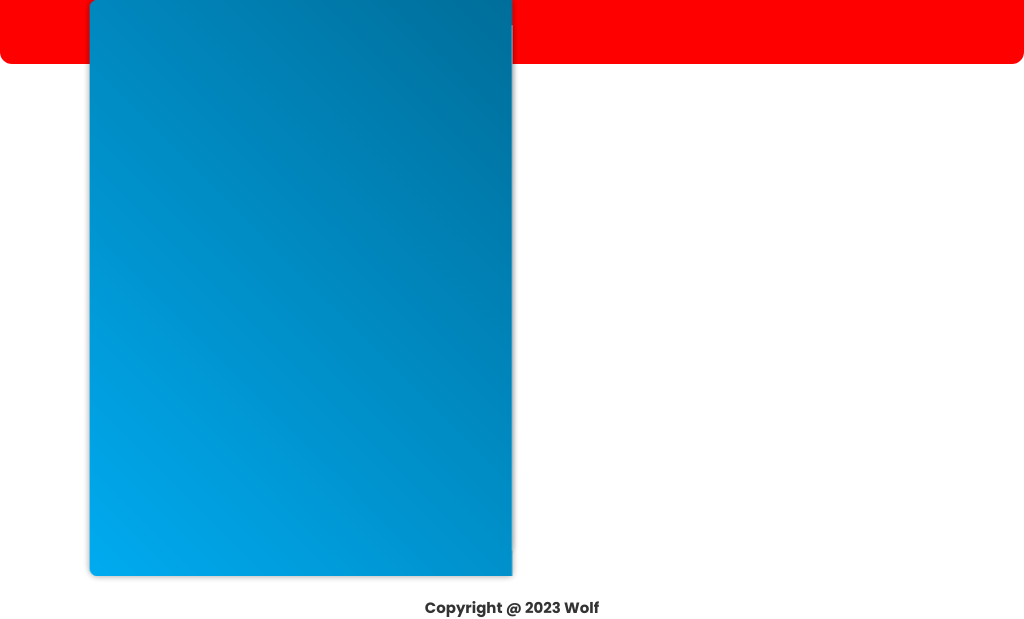
Repository: Ego-Wolf/Portfolio
Page: index.html
These files come from the project's save history. The page is drawn as it stood at one moment and after a run of saves; the edit follows.
The browser window is 1280 px wide. The pictures show the whole page, at 80% of full size.
Pictures or frames that could not be fetched are drawn as grey boxes.

Above is the page before, as saved 2023-12-14 15:58:20.

### index.html
<!DOCTYPE html>
<html lang="en">
<head>
    <meta charset="UTF-8">
    <meta name="viewport" content="width=device-width, initial-scale=1.0">
    <title>3D Portfolio Websites</title>
    <link rel="stylesheet" href="./style.css">
    <!-- Box icons -->
    <link href='https://unpkg.com/boxicons@2.1.4/css/boxicons.min.css' rel='stylesheet'>

</head>
<body>
    <div class="section">
        <!-- Header -->
        <div class="header">
            <ul>
                <h3>Wolf</h3>
                <li>Home</li>
                <li>About Me</li>
                <li>Projects</li>
                <li><button>Contact Me</button></li>
            </ul>
        </div>
        <!-- Book section -->
        <div class="wrapper">
            <div class="cover cover-left"></div>
            <div class="cover cover-right"></div>

            <div class="book">
                <!-- Profile page -->
                <div class="book-page page-left">
                    <div class="profile-page">
                        <img src="./assets/character-1.jpg" alt="Sorry about the our services">
                        <h1>Steve Victor</h1>
                        <h3>Web Developer</h3>

                        <div class="social-media">
                            <a href="#"><i class='bx bxl-facebook'></i></a>
                            <a href="#"><i class='bx bxl-twitter' ></i></a>
                            <a href="#"><i class='bx bxl-linkedin' ></i></a>
                            <a href="#"><i class='bx bxl-instagram-alt'></i></a>
                        </div>

                        <p>Hi, I'm Steve Victor, a Web Developer. Lorem, ipsum dolor sit amet consectetur adipisicing elit. Quae quibusdam asperiores, voluptas magnam enim amet officiis aut quis recusandae illum possimus delectus mollitia id sed atque, harum et sunt architecto.</p>

                        <div class="btn-box">
                            <a href="#" class="btn">Download CV</a>
                            <a href="#" class="btn contact-me">Contact Me</a>
                        </div>
                    </div>
                </div>

                <!-- Page 1 & 2 -->
                <div class="book-page page-right turn" id="turn-1">
                    <!-- Page 1 (work experience) -->
                    <div class="page-front">
                        <h1 class="title">Work Experience</h1>
                        <div class="work-education-box">
                            <div class="work-education-content">
                                <span class="year"><i class='bx bxs-calendar'></i>2020 - 2021</span>
                                <h3>Web Developer - Company</h3>
                                <p>Lorem ipsum dolor sit amet consectetur adipisicing elit. Consequatur a delectus similique dolore, laudantium, autem iure aspernatur ratione error!</p>
                            </div>

                            <div class="work-education-content">
                                <span class="year"><i class='bx bxs-calendar'></i>2020 - 2021</span>
                                <h3>Web Developer - Company</h3>
                                <p>Lorem aspernatur ratione error consequuntur veniam tenetur ipsum in nemo repellat eveniet fugit eius vel!</p>
                            </div>

                            <div class="work-education-content">
                                <span class="year"><i class='bx bxs-calendar'></i>2020 - 2021</span>
                                <h3>Web Developer - Company</h3>
                                <p>Lorem ipsum dolor sit amet consectetur adipisicing elit. Consequatur a delectus similique dolore, laudantium, autem iure aspernatur ratione error consequuntur veniam tenetur ipsum in nemo repellat eveniet fugit eius vel!</p>
                            </div>
                        </div>

                        <span class="number-page">1</span>
                        <!-- Next button -->
                        <div class="nextprev-btn" data-page="turn-1">
                            <i class='bx bx-chevron-right'></i>
                        </div>
                    </div>

                    <!-- Page 2 (education) -->
                    <div class="page-back">
                        <h1 class="title">Education</h1>
                        <div class="work-education-box">
                            <div class="work-education-content">
                                <span class="year"><i class='bx bxs-calendar'></i>2020 - 2021</span>
                                <h3>Web Developer - Company</h3>
                                <p>Lorem ipsum dolor sit amet consectetur adipisicing elit. Consequatur a delectus similique dolore, laudantium, autem iure aspernatur ratione error!</p>
                            </div>

                            <div class="work-education-content">
                                <span class="year"><i class='bx bxs-calendar'></i>2020 - 2021</span>
                                <h3>Web Developer - Company</h3>
                                <p>Lorem aspernatur ratione error consequuntur veniam tenetur ipsum in nemo repellat eveniet fugit eius vel!</p>
                            </div>

                            <div class="work-education-content">
                                <span class="year"><i class='bx bxs-calendar'></i>2020 - 2021</span>
                                <h3>Web Developer - Company</h3>
                                <p>Lorem ipsum dolor sit amet consectetur adipisicing elit. Consequatur a delectus similique dolore, laudantium, autem iure aspernatur ratione error consequuntur veniam tenetur ipsum in nemo repellat eveniet fugit eius vel!</p>
                            </div>
                        </div>

                        <span class="number-page">2</span>
                        <!-- Prev button -->
                        <div class="nextprev-btn back" data-page="turn-1">
                            <i class='bx bx-chevron-left'></i>
                        </div>
                    </div>
                </div>

                <!-- Page 3 & 4 -->
                <div class="book-page page-right turn" id="turn-2">
                    <!-- Page 3 (my services) -->
                    <div class="page-front">
                        <h1 class="title">My Services</h1>
                        <div class="services-box">
                            <div class="services-content">
                                <i class='bx bx-code-alt' ></i>
                                <h3>Web Development</h3>
                                <p>Lorem ipsum dolor, sit amet consectetur adipisicing elit.</p>
                                <a href="#" class="btn">Read More</a>
                            </div>

                            <div class="services-content">
                                <i class='bx bxs-paint' ></i>
                                <h3>Creative Design</h3>
                                <p>Lorem ipsum dolor, sit amet consectetur adipisicing elit.</p>
                                <a href="#" class="btn">Read More</a>
                            </div>

                            <div class="services-content">
                                <i class='bx bx-bar-chart-alt'></i>
                                <h3>Digital Marketing</h3>
                                <p>Lorem ipsum dolor, sit amet consectetur adipisicing elit.</p>
                                <a href="#" class="btn">Read More</a>
                            </div>

                            <div class="services-content">
                                <i class='bx bx-search' ></i>
                                <h3>SEO</h3>
                                <p>Lorem ipsum dolor, sit amet consectetur adipisicing elit.</p>
                                <a href="#" class="btn">Read More</a>
                            </div>
                        </div>

                        <span class="number-page">3</span>
                        <!-- Next button -->
                        <div class="nextprev-btn" data-page="turn-2">
                            <i class='bx bx-chevron-right'></i>
                        </div>

                    </div>
                    <!-- Page 4 (my skills) -->
                    <div class="page-back">
                        <h1 class="title">My skills</h1>
                        <div class="skills-box">
                            <div class="skills-content">
                                <h3>Front-End</h3>
                                <div class="content">
                                    <span><i class='bx bxl-html5' ></i>HTML</span>
                                    <span><i class='bx bxl-css3' ></i>CSS</span>
                                    <span><i class='bx bxl-javascript' ></i>JS</span>
                                    <span><i class='bx bxl-react' ></i>React</span>
                                    <span><i class='bx bxl-angular' ></i>Angular</span>
                                    <span><i class='bx bxl-bootstrap' ></i>Boostrap</span>
                                    <span><i class='bx bxl-tailwind-css' ></i>Tailwind</span>
                                </div>
                            </div>
                            <div class="skills-content">
                                <h3>Back-End</h3>
                                <div class="content">
                                    <span><i class='bx bxl-nodejs' ></i>Node</span>
                                    <span><i class='bx bxl-java' ></i>Java</span>
                                </div>
                            </div>
                            <div class="skills-content">
                                <h3>UI/UX Design</h3>
                                <div class="content">
                                    <span><i class='bx bxl-figma' ></i>Figma</span>
                                </div>
                            </div>
                        </div>

                        <span class="number-page">4</span>
                        <!-- Prev button -->
                        <div class="nextprev-btn back" data-page="turn-2">
                            <i class='bx bx-chevron-left'></i>
                        </div>
                    </div>
                </div>

                <!-- Page 5 & 6 -->
                <div class="book-page page-right turn" id="turn-3">
                    <!-- Page 5 (latest project or my portfolio) -->
                    <div class="page-front">
                        <h1 class="title">Latest Project</h1>

                        <div class="portfolio-box">
                            <div class="img-box">
                                <!-- <img src="./assets/character-2.jpg" alt="">  -->
                                <iframe width="720" height="405" src="https://www.youtube.com/embed/zrBVFGlnyA8" title="3D Portfolio Website | HTML CSS &amp; Javascript" frameborder="0" allow="accelerometer; autoplay; clipboard-write; encrypted-media; gyroscope; picture-in-picture; web-share" allowfullscreen></iframe>
                            </div>

                            <div class="info-box">
                                <div class="info-title">
                                    <h3>Project Name</h3>
                                    <a href="#">Live Preview<i class='bx bx-link-external' ></i></a>
                                </div>
                                <p>Tech Used:</p>
                                <p>Lorem ipsum dolor sit amet consectetur adipisicing elit. Fugit, laboriosam.</p>
                            </div>

                            <div class="btn-box">
                                <a href="#" class="btn">Source Code</a>
                                <a href="#" class="btn">More Projects</a>
                            </div>
                        </div>

                        <span class="number-page">5</span>
                        <!-- Next button -->
                        <div class="nextprev-btn" data-page="turn-3">
                            <i class='bx bx-chevron-right'></i>
                        </div>
                    </div>

                    <!-- Page 6 (contac me) -->
                    <div class="page-back">
                        <h1 class="title">Contact Me!</h1>

                        <div class="contact-box">
                            <form action="#">
                                <input type="text" class="field" placeholder="Full Name" required>
                                <input type="email" class="field" placeholder="Email Address" required>
                                <textarea name="" id="" cols="30" rows="10" class="field" placeholder="Your Message" required></textarea>
                                <input type="submit" class="btn" value="Send Message">
                            </form>
                        </div>

                        <span class="number-page">6</span>
                        <!-- Prev button -->
                        <div class="nextprev-btn back" data-page="turn-3">
                            <i class='bx bx-chevron-left'></i>
                        </div>

                        <a href="#" class="back-profile">
                            <p>Profile</p>
                            <i class='bx bxs-user'></i>
                        </a>
                    </div>
                </div>
            </div>
        </div><br>

        <!-- Footer -->
        <div class="footer">
            <h3>Copyright @ 2023 Wolf</h3>
        </div>
    </div>


    <script src="./script.js"></script>
</body>
</html>

### style.css
@import url('https://fonts.googleapis.com/css2?family=Poppins:wght@300;400;500;600;700;800;900&display=swap');

* {
    margin: 0;
    padding: 0;
    box-sizing: border-box;
    font-family: 'Poppins', sans-serif;
    text-decoration: none;
    list-style-type: none;
}

:root {
    --bg--color: #081b29;
    --main-color: #00abf0;
    --text-color: #333;
    --second-text-color: #555;
    --white-color: #fff;
    --cover-color: linear-gradient(45deg, #00abf0, #006e9a);
    --pages-color: linear-gradient(90deg, #fff, #ddd);
    --border: .125rem solid #00abf0;
    --box-shadow: 0 0 .6rem rgba(0, 0, 0, .2);
}


.section {
    display: flex;
    flex-direction: column;
    justify-content: center;
    align-items: center;
    min-height: 100vh;
    /* background: var(--bg--color); */
    /* background: white; */
    color: var(--text-color);
    overflow: hidden;
}

.header {
    display: flex;
    position: fixed;
    top: 0px;
    left: 0px;
    width: 100%;
    height: 80px;
    background-color: red;
    border-bottom-left-radius: 15px;
    border-bottom-right-radius: 15px;
    margin-bottom: 200px;
}

.header ul h3 {
    font-size: 16px;
}

.header ul {
    width: 80%;
    display: flex;
    margin: 0 auto;
}

/* .header ul li {
    display: flex;
    justify-content: center;
    margin-right: 0px;
} */


.wrapper {
    position: relative;
    width: 66rem;
    height: 45rem;
    /* background: red; */
    padding: 2rem;
    animation: show-animate 2s forwards;
    perspective: 250rem;
}

@keyframes show-animate {
    0%,30% {
        opacity: 0;
        transform: rotate(-20deg);
    }
    100% {
        opacity: 1;
        transform: rotate(0deg);
    }
}


.cover {
    position: absolute;
    top: 0;
    left: 0;
    width: 50%;
    height: 100%;
    background: var(--cover-color);
    box-shadow: var(--box-shadow);
    border-top-left-radius: .6rem;
    border-bottom-left-radius: .6rem;
    transform-origin: right;
}

.cover.cover-left {
    z-index: -1;
}

.cover.cover-right {
    z-index: 100;
    transition: transform 1s cubic-bezier(.645, .045, .355, 1);
}

.cover.cover-right.turn {
    transform: rotateY(180deg);
}

.book {
    position: relative;
    width: 100%;
    height: 100%;
    display: flex;
    perspective: 250rem;
}

.book .book-page {
    position: absolute;
    width: 50%;
    height: 100%;
    background: var(--pages-color);
    box-shadow: 0 0 .6rem rgba(0, 0, 0, .1);
    display: flex;
    padding: 2rem;
}

.book-page.page-left {
    box-shadow: -.6rem .6rem .6rem rgba(0, 0, 0, .1);
}

.profile-page {
    display: flex;
    justify-content: center;
    align-items: center;
    flex-direction: column;
    /* background: seagreen; */
}

.profile-page img {
    /* max-width: 180px; */
    width: 200px;
    height: 200px;
    object-fit: cover;
    border-radius: 50%;
    border: 0.25rem solid var(--main-color);
    margin-bottom: 0.8rem;
    object-position: -12px 0px;
}

.profile-page h1 {
    font-size: 2.7rem;
    line-height: 1;
}

.profile-page h3 {
    font-size: 1.5rem;
    color: var(--main-color);
}

.profile-page .social-media {
    margin: .6rem 0 .8rem;
}

.profile-page .social-media a {
    display: inline-flex;
    justify-content: center;
    align-items: center;
    width: 2.5rem;
    height: 2.5rem;
    background: transparent;
    border: var(--border);
    border-radius: 50%;
    font-size: 1.3rem;
    color: var(--main-color);
    margin: 0 .2rem;
    transition: .5s;
}

.profile-page .social-media a:hover {
    background: var(--main-color);
    color: var(--white-color);
}

.profile-page p {
    text-align: justify;
}

.profile-page .btn-box {
    /* background: red; */
    margin-top: 1.2rem;
}

.btn {
    display: inline-flex;
    justify-content: center;
    align-items: center;
    width: 9.5rem;
    height: 3rem;
    background: var(--main-color);
    border: var(--border);
    border-radius: .3rem;
    color: var(--white-color);
    font-weight: 500;
    margin: 0 1rem;
    transition: .5s;
}

.btn:hover {
    background: transparent;
    color: var(--main-color);
}


.btn-box .btn:nth-child(2) {
    background: transparent;
    color: var(--main-color);
}

.btn-box .btn:nth-child(2):hover {
    background: var(--main-color);
    color: var(--white-color);
}

.book-page.page-right {
    position: absolute;
    right: 0;
    transform-style: preserve-3d;
    transform-origin: left;
    transition: transform 1s cubic-bezier(.645, .045, .355, 1);
}

.book-page.page-right.turn {
    transform: rotateY(-180deg);
}

.book-page .page-front,
.book-page .page-back {
    position: absolute;
    top: 0;
    left: 0;
    width: 100%;
    height: 100%;
    background: var(--pages-color);
    /* background: red; */
    padding: 1.5rem 2rem;
}

.book-page .page-front {
    transform: rotateY(0deg) translateZ(1px);
}

.book-page .page-back {
    transform: rotateY(180deg) translateZ(1px);
}

.title {
    text-align: center;
    margin-bottom: 1rem;
}

.work-education-box {
    /* background: red; */
    border-left: var(--border);
}

.work-education-box .work-education-content {
    position: relative;
    /* background: seagreen; */
    padding-left: 1.6rem;
    margin-bottom: 1.2rem;
}

.work-education-box .work-education-content::before {
    content: '';
    position: absolute;
    top: 0;
    left: -0.65rem;
    width: 1.2rem;
    height: 1.2rem;
    background: var(--main-color);
    border-radius: 50%;
}

.work-education-box .year {
    color: var(--main-color);
}

.work-education-box .year i {
    margin-right: .4rem;
}

.number-page {
    position: absolute;
    bottom: 1.2rem;
    left: 50%;
    transform: translateX(-50%)
}

.nextprev-btn {
    position: absolute;
    bottom: .9rem;
    right: 1.5rem;
    width: 2rem;
    height: 2rem;
    /* background: seagreen; */
    display: flex;
    justify-content: center;
    align-items: center;
    color: var(--second-text-color);
    font-size: 2rem;
    cursor: pointer;
    transition: .5s;
}

.nextprev-btn:hover {
    color: var(--main-color);
}

.nextprev-btn.back {
    left: 1.5rem;
}

.services-box {
    display: flex;
    flex-wrap: wrap;
    gap: 1.5rem;
}

.services-box .services-content {
    flex: 1 1 10rem;
    border: var(--border);
    border-radius: .5rem;
    padding: .8rem .5rem 1.1rem;
    text-align: center;
    transition: .3s ease;
}

.services-box .services-content:hover {
    box-shadow: var(--box-shadow);
}

.services-content i {
    font-size: 2.5rem;
    color: var(--main-color);
}

.services-content h3 {
    font-size: 1.1rem;
}

.services-content p {
    margin: 0.2rem 0 0.8rem;
}

.services-content .btn {
    width: 8rem;
    height: 2.5rem;
}

.skills-box {
    display: flex;
    flex-wrap: wrap;
    gap: 1.5rem;
}

.skills-box .skills-content {
    flex: 1 1 20rem;
}

.skills-content h3 {
    font-size: 1.3rem;
    line-height: 1;
    margin-bottom: 0.6rem;
}

.skills-content .content {
    display: flex;
    flex-wrap: wrap;
    gap: 0.8rem;
}

.skills-content .content span {
    display: inline-flex;
    flex-direction: column;
    justify-content: center;
    align-items: center;
    width: 6rem;
    height: 5rem;
    border: var(--border);
    border-radius: .3rem;
    font-weight: 600;
    transition: .3s ease;
}

.skills-content .content span:hover {
    box-shadow: var(--box-shadow);
}

.skills-content .content span i {
    font-size: 3rem;
    color: var(--main-color);
}

.portfolio-box .img-box {
    display: flex;
    width: 100%;
    height: 15rem;
    /* background: red; */
    border: var(--border);
    border-radius: .5rem;
    overflow: hidden;
}

.portfolio-box .img-box img {
    width: 100%;
    object-fit: cover;
    transition: .5s ease;
}

.portfolio-box .img-box img:hover {
    transform: scale(1.1);
}

.portfolio-box .info-box {
    margin: 1rem 0 1.5rem;
}

.portfolio-box .info-box .info-title {
    /* background: seagreen; */
    display: flex;
    justify-content: space-between;
    align-items: center;
    margin-bottom: 1rem;
}

.portfolio-box .info-box .info-title h3 {
    font-size: 1.3rem;
}

.portfolio-box .info-box .info-title a {
    display: flex;
    align-items: center;
    color: var(--main-color);
}

.portfolio-box .info-box .info-title a i {
    margin-left: 0.3rem;
}

.portfolio-box .info-box p:nth-of-type(1) {
    font-weight: 600;
}

.portfolio-box .btn-box {
    /* background: red; */
    display: flex;
    justify-content: center;
}

.portfolio-box .btn-box .btn {
    margin: 0 1.15rem;
}

.contact-box {
    text-align: center;
}

.contact-box .field {
    width: 100%;
    background: transparent;
    border: var(--border);
    border-radius: .3rem;
    padding: 0.8rem;
    font-size: 1rem;
    color: var(--text-color);
    margin-bottom: 1.5rem;
}

.contact-box .field::placeholder {
    color: var(--text-color);
}

.contact-box textarea {
    resize: none;
    height: 15rem;
}

.contact-box .btn {
    cursor: pointer;
}

.back-profile {
    position: absolute;
    bottom: 1.2rem;
    right: 2rem;
    width: 2rem;
    height: 2rem;
    background: transparent;
    border: var(--border);
    border-radius: .3rem;
    font-size: 1.1rem;
    color: var(--main-color);
    display: inline-flex;
    justify-content: center;
    align-items: center;
    transition: .5s;
}

.back-profile:hover {
    background: var(--main-color);
    color: var(--white-color);
}

.back-profile p {
    position: absolute;
    top: 0;
    left: 50%;
    transform: translateX(-50%) scale(.5);
    font-size: 1rem;
    opacity: 0;
    transition: .5s ease;
    color: var(--main-color);
}

.back-profile:hover p {
    opacity: 1;
    transform: translateX(-50%) scale(1);
    top: -1.8rem;
}

Loaded but not shown: script.js (no copy from this time; the picture is the same without it)

After the next 2 saves:
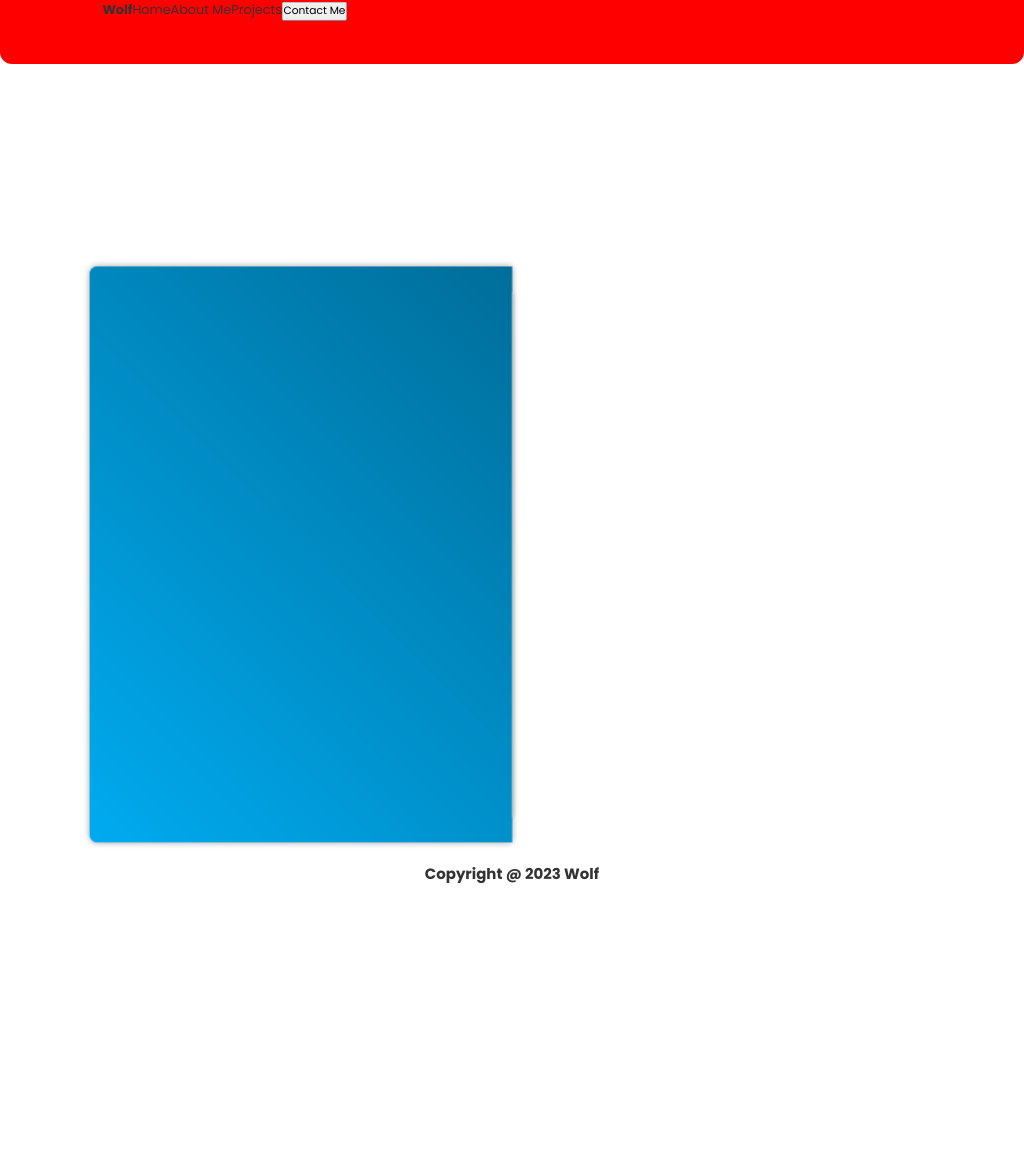
The 2 saves are shown as one change because they came seconds apart.
The last was saved 24 s later.
--- a/style.css
+++ b/style.css
@@ -27,11 +27,12 @@
     flex-direction: column;
     justify-content: center;
     align-items: center;
-    min-height: 100vh;
+    min-height: 200vh;
     /* background: var(--bg--color); */
     /* background: white; */
     color: var(--text-color);
     overflow: hidden;
+
 }
 
 .header {
